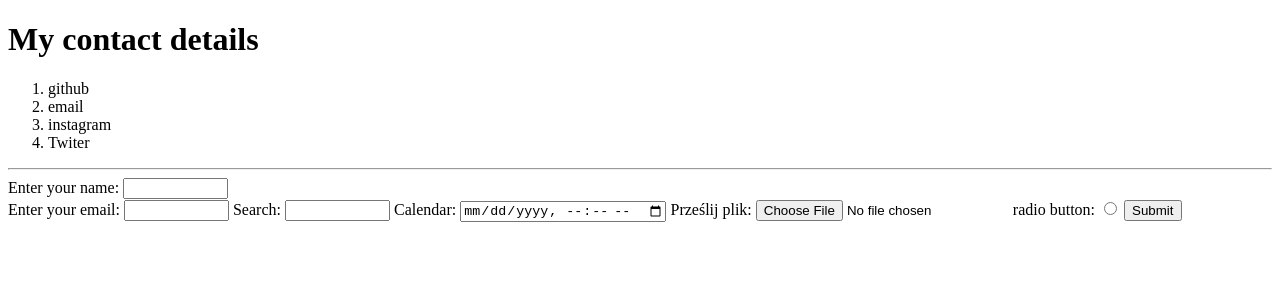
Repository: ew-code/Web-Development
Page: HTML - Personal Site/contact.html
The author's editor kept a copy of each file at every save. The page is drawn from the files as they stood at one save, then again after a run of saves.
The browser window is 1280 px wide. The pictures show the whole page.

Above is the page before, as saved 2021-01-04 23:35:32.

### HTML - Personal Site/contact.html
<!DOCTYPE html>
<html lang="en">

<head>
  <meta charset="UTF-8">
  <meta name="viewport" content="width=device-width, initial-scale=1.0">
  <meta http-equiv="X-UA-Compatible" content="ie=edge">
  <title>Contact me</title>
</head>

<body>
  <h1>My contact details</h1>
  <ol>
    <li>github</li>
    <li>email</li>
    <li>instagram</li>
    <li>Twiter</li>
  </ol>
<hr>
  <form class="" action="index.html" method="post">
    <label for="name">Enter your name:</label>
    <input type="text" name="name" id="name" minlength="4" maxlength="50" size="10"><br>
    <label for="email">Enter your email:</label>
    <input type="email" name="email" id="email" minlength="4" maxlength="50" size="10">
    <label for="Search">Search:</label>
    <input type="search" name="search" id="search" minlength="4" maxlength="50" size="10">
    <label for="Calendar">Calendar:</label>
    <input type="datetime-local" name="Calendar" id="search" minlength="4" maxlength="50" size="10">
    <label for="file">Prześlij plik:</label>
    <input type="file" name="file" id="file" accept="image/png, image/jpeg">
     <label for="radio">radio button:</label>
      <input type="radio" name="radio" id="radio" accept="image/png, image/jpeg">
    <input type="submit">
  </form>

</body>

</html>

After the next 2 saves:
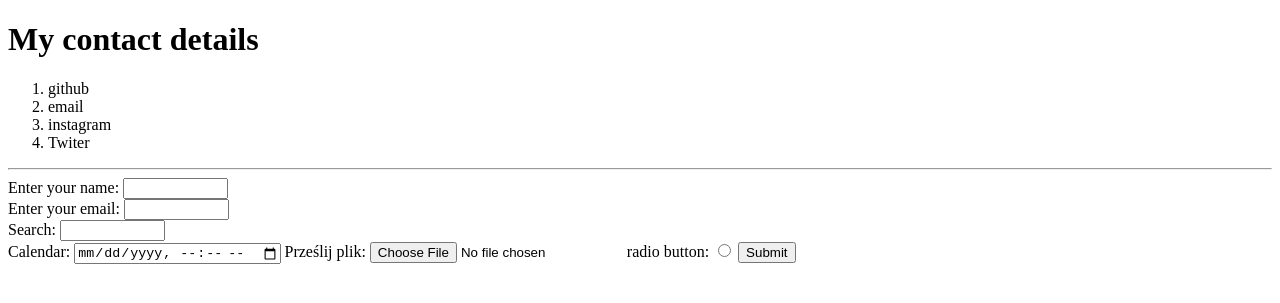
The 2 saves are shown as one change because they came seconds apart.
The last was saved 10 s later.
--- a/HTML - Personal Site/contact.html
+++ b/HTML - Personal Site/contact.html
@@ -21,9 +21,9 @@
     <label for="name">Enter your name:</label>
     <input type="text" name="name" id="name" minlength="4" maxlength="50" size="10"><br>
     <label for="email">Enter your email:</label>
-    <input type="email" name="email" id="email" minlength="4" maxlength="50" size="10">
+    <input type="email" name="email" id="email" minlength="4" maxlength="50" size="10"><br>
     <label for="Search">Search:</label>
-    <input type="search" name="search" id="search" minlength="4" maxlength="50" size="10">
+    <input type="search" name="search" id="search" minlength="4" maxlength="50" size="10"><br>
     <label for="Calendar">Calendar:</label>
     <input type="datetime-local" name="Calendar" id="search" minlength="4" maxlength="50" size="10">
     <label for="file">Prześlij plik:</label>
